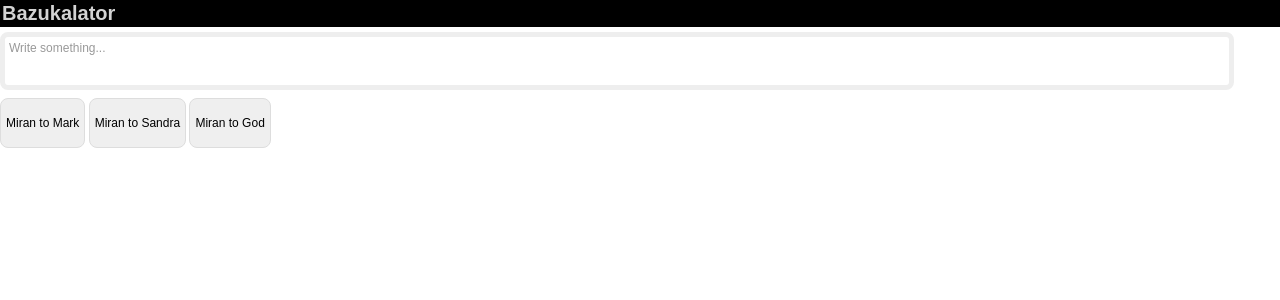
Repository: mbadzak/bazukalator
Page: Bazukalator/assets/www/index.html
The author's editor kept a copy of each file at every save. The page is drawn from the files as they stood at one save, then again after the next save.
The browser window is 1280 px wide. The pictures show the whole page.

Above is the page before, as saved 2012-10-14 06:04:42.

After the next save:
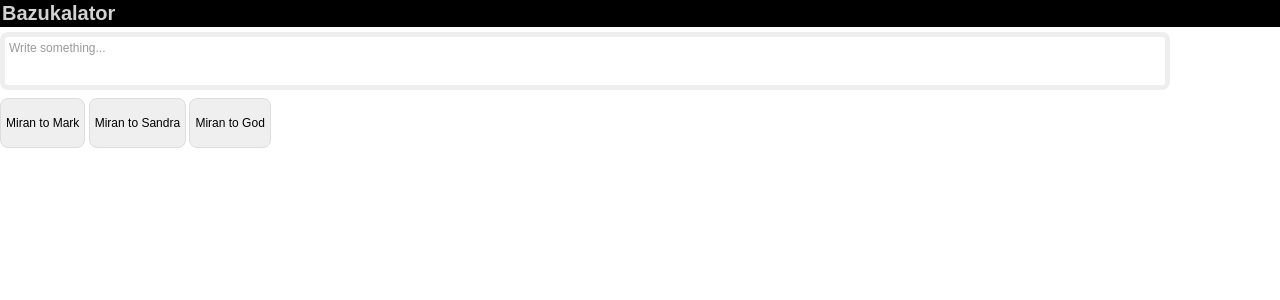
Saved 8 s later.
--- a/Bazukalator/assets/www/index.html
+++ b/Bazukalator/assets/www/index.html
@@ -45,7 +45,7 @@
               id="msg"
               onFocus="utl_clear_text_field(this, 'Write something...');"
               class="generic_box"
-              style="width: 95%; height: 40px; border: 5px solid #eeeeee; z-index: 1;"
+              style="width: 90%; height: 40px; border: 5px solid #eeeeee; z-index: 1;"
               autocomplete="off">Write something...</textarea>
   </div>
   <div style="margin-top: 5px;">

After the save that followed:
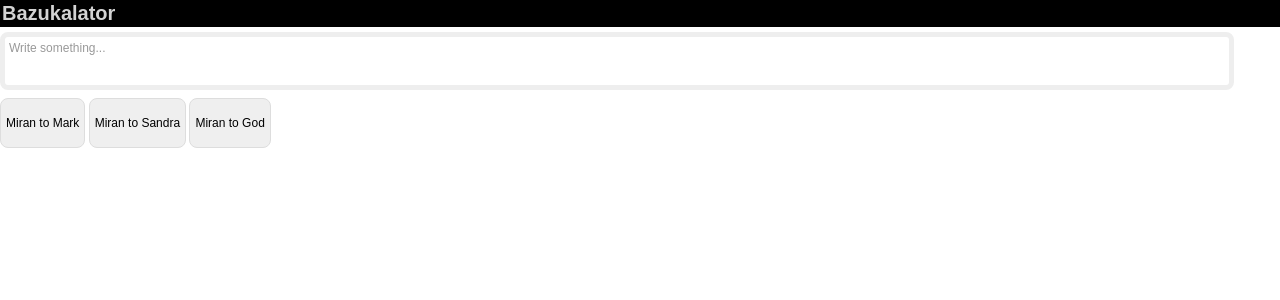
Saved 10 s later.
--- a/Bazukalator/assets/www/index.html
+++ b/Bazukalator/assets/www/index.html
@@ -45,7 +45,7 @@
               id="msg"
               onFocus="utl_clear_text_field(this, 'Write something...');"
               class="generic_box"
-              style="width: 90%; height: 40px; border: 5px solid #eeeeee; z-index: 1;"
+              style="width: 95%; height: 40px; border: 5px solid #eeeeee; z-index: 1;"
               autocomplete="off">Write something...</textarea>
   </div>
   <div style="margin-top: 5px;">
